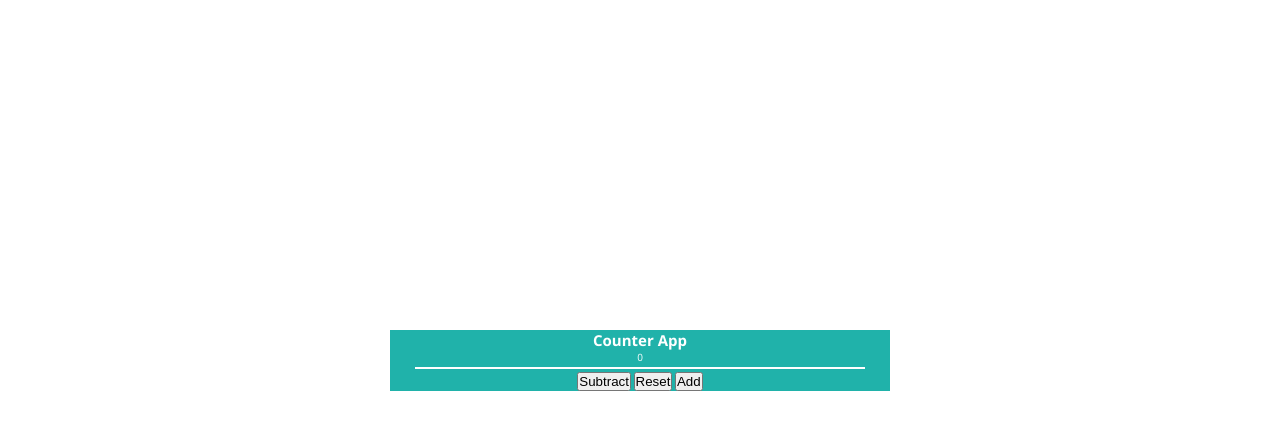
Repository: fakebrianho/100daysJS
Page: day001/index.html
An editor plug-in stored every save of this project. The page is shown before and after the next save, followed by the edit.
The browser window is 1280 px wide. The pictures show the whole page.
Some web libraries are served in a nearby version.

Above is the page before, as saved 2023-03-21 15:08:04.

### day001/index.html
<!DOCTYPE html>
<html lang="en">

<head>
  <meta charset="UTF-8" />
  <meta name="viewport" content="width=device-width, initial-scale=1.0" />
  <title>Document</title>
  <script src="https://kit.fontawesome.com/1935d064dd.js" crossorigin="anonymous"></script>
  <link rel="stylesheet" href="styles.css" />
</head>

<body>
  <main>
    <section class='container'>
      <h1 class='title'>Counter App</h1>
      <section class='counter'><span class='count'>0</span></section>
      <div class='divider'></div>
      <footer>
        <button class='subtract'>Subtract</button>
        <button class='reset'>Reset</button>
        <button class='add'>Add</button>
      </footer>
    </section>
  </main>

  <script src="script.js"></script>
</body>

</html>

### day001/styles.css
@import url('https://fonts.googleapis.com/css2?family=Open+Sans:wght@300;400;600;700&display=swap');

:root {
	--white: #fff;
	--black: #1c2b2d;
	--blue: #31326f;
	--light-blue: #005490;
	--color-primary: #9d0191;
	--color-sec: #db6400;
	--grey: #eee;
	--dark-grey: #222831;
}

* {
	margin: 0;
	padding: 0;
	box-sizing: border-box;
}

main {
	width: 100%;
	height: 100vh;
	display: flex;
	justify-content: center;
	align-items: center;
}

html {
	font-size: 10px;
}

body {
	font-family: 'Open Sans', sans-serif;
}

p {
	font-size: 1.6rem;
	line-height: 1.5;
}

img {
	width: 100%;
}

.container {
	background-color: lightseagreen;
	color: white;
	display: flex;
	justify-content: center;
	align-items: center;
	flex-direction: column;
	width: 100%;
	max-width: 500px;
	/* max-width: 900px;
  margin: 0 auto;
  padding: 0 20px; */
}
.divider {
	height: 2px;
	width: 90%;
	/* padding: 2px 0px; */
	margin: 3px;
	background-color: white;
}

Loaded but not shown: day001/script.js (no stored copy; drawn as an empty file)

After the next save:
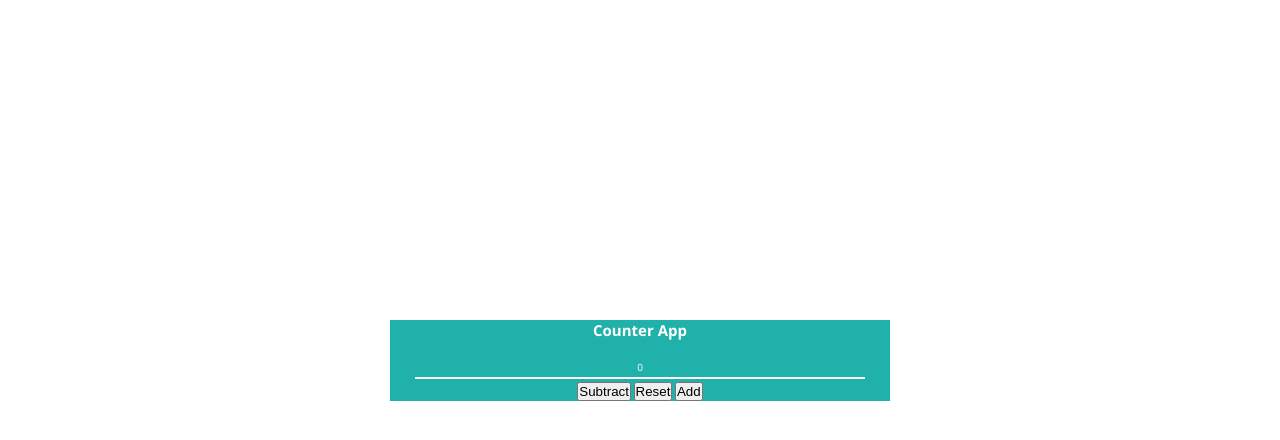
Saved 29 s later.
--- a/day001/styles.css
+++ b/day001/styles.css
@@ -41,6 +41,9 @@ p {
 img {
 	width: 100%;
 }
+.title {
+	margin-bottom: 20px;
+}
 
 .container {
 	background-color: lightseagreen;
